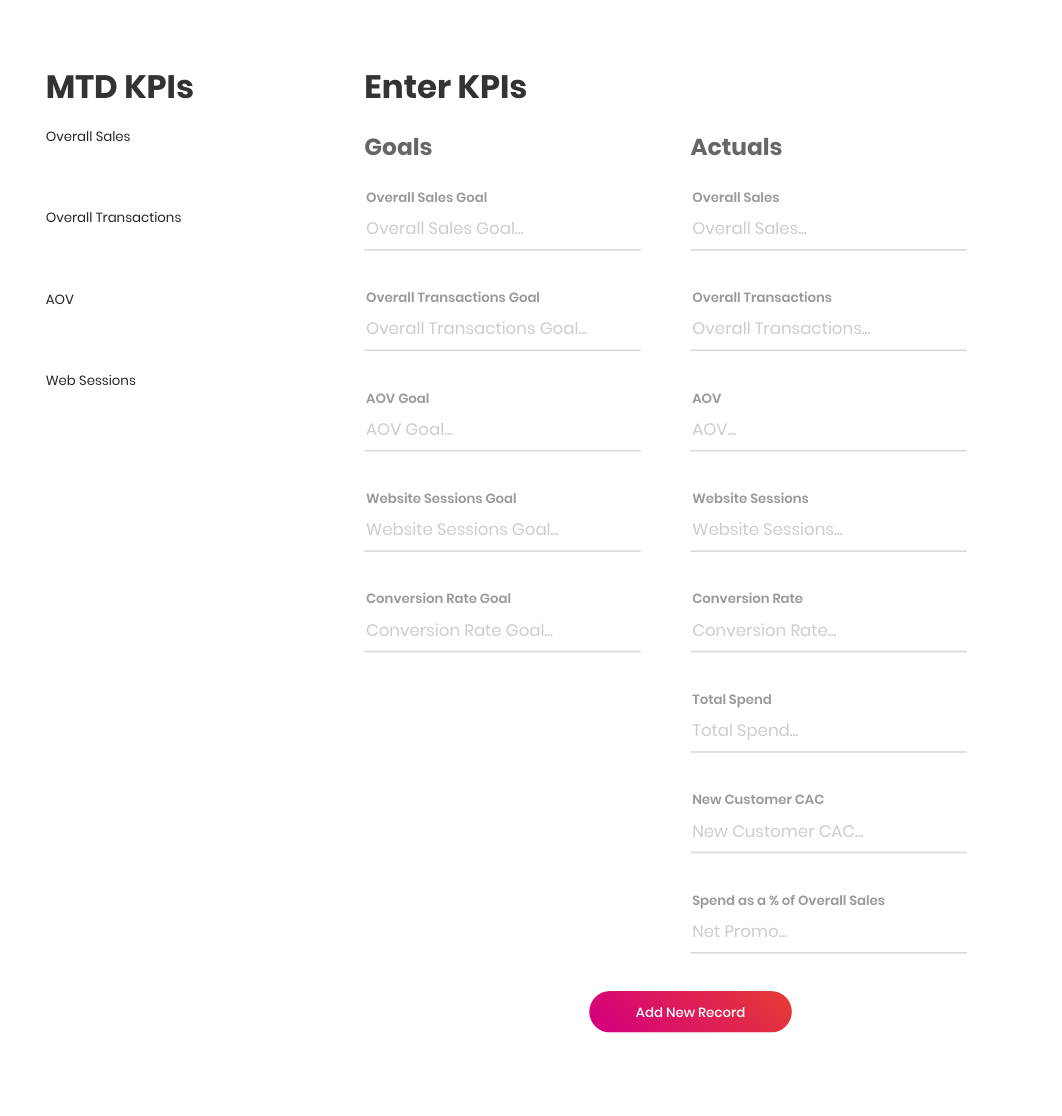
Repository: jameyel/kpi-entry
Page: index.html
These files come from the project's save history. The page is drawn as it stood at one moment and after the next save; the edit follows.
The browser window is 1280 px wide. The pictures show the whole page, at 83% of full size.
The page's requests for data from a server got no answer.

Above is the page before, as saved 2018-12-10 13:56:27.

### index.html
<!DOCTYPE html>
<html lang="en">
  <head>
    <title>EverlyWell KPIs</title>
    <meta charset="UTF-8" />
    <meta name="viewport" content="width=device-width, initial-scale=1" />
    <!--
      ===============================================================================================
    -->
    <link rel="icon" type="image/png" href="images/icons/favicon.ico" />
    <!--
      ===============================================================================================
    -->
    <link
      rel="stylesheet"
      type="text/css"
      href="vendor/bootstrap/css/bootstrap.min.css"
    />
    <!--
      ===============================================================================================
    -->
    <link
      rel="stylesheet"
      type="text/css"
      href="fonts/font-awesome-4.7.0/css/font-awesome.min.css"
    />
    <!--
      ===============================================================================================
    -->
    <link
      rel="stylesheet"
      type="text/css"
      href="fonts/Linearicons-Free-v1.0.0/icon-font.min.css"
    />
    <!--
      ===============================================================================================
    -->
    <link
      rel="stylesheet"
      type="text/css"
      href="fonts/iconic/css/material-design-iconic-font.min.css"
    />
    <!--
      ===============================================================================================
    -->
    <link rel="stylesheet" type="text/css" href="vendor/animate/animate.css" />
    <!--
      ===============================================================================================
    -->
    <link
      rel="stylesheet"
      type="text/css"
      href="vendor/css-hamburgers/hamburgers.min.css"
    />
    <!--
      ===============================================================================================
    -->
    <link
      rel="stylesheet"
      type="text/css"
      href="vendor/animsition/css/animsition.min.css"
    />
    <!--
      ===============================================================================================
    -->
    <link
      rel="stylesheet"
      type="text/css"
      href="vendor/select2/select2.min.css"
    />
    <!--
      ===============================================================================================
    -->
    <link
      rel="stylesheet"
      type="text/css"
      href="vendor/daterangepicker/daterangepicker.css"
    />
    <link rel="stylesheet" type="text/css" href="./css/loading-bar.css" />
    <!--
      ===============================================================================================
    -->
    <link rel="stylesheet" type="text/css" href="css/util.css" />
    <link rel="stylesheet" type="text/css" href="css/main.css" />
    <!--
      ===============================================================================================
    -->
  </head>
  <body>
    <div class="container-kpi100">
      <div class="kpi100-chart">
        <span class="kpi100-form-title"> MTD KPIs </span>
        <div class="kpi-wrapper">
          <span class="bar-label">Overall Sales</span>
          <div
            class="label-center ldbar-overall-sales"
            style="width: 50%; height: 50px;"
          ></div>
        </div>

        <div class="kpi-wrapper">
          <span class="bar-label">Overall Transactions</span>
          <div
            class="label-center ldbar-overall-transactions"
            style="width: 50%; height: 50px;"
          ></div>
        </div>

        <div class="kpi-wrapper">
          <span class="bar-label">AOV</span>
          <div
            class="label-center ldbar-aov"
            style="width: 50%; height: 50px;"
          ></div>
        </div>

        <div class="kpi-wrapper">
          <span class="bar-label">Web Sessions</span>
          <div
            class="label-center ldbar-web-sessions"
            style="width: 50%; height: 50px;"
          ></div>
        </div>
      </div>

      <div class="wrap-kpi100">
        <form
          action="http://localhost:8080/api/v1/kpis"
          method="post"
          class="kpi100-form validate-form"
        >
          <span class="kpi100-form-title"> Enter KPIs </span>

          <div class="kpi100-form-sections">
            <div class="kpi100-form-section">
              <span class="kpi100-form-subtitle"> Goals </span>
              <div
                class="wrap-input100 validate-input"
                data-validate="Overall Sales Goal is required: 123456"
              >
                <span class="label-input100">Overall Sales Goal</span>
                <input
                  class="input100 overall-sales-goal"
                  type="text"
                  name="overall_sales_goal"
                  placeholder="Overall Sales Goal..."
                />
                <span class="focus-input100"></span>
              </div>

              <div
                class="wrap-input100 validate-input"
                data-validate="Overall Transactions Goal is required: 123456"
              >
                <span class="label-input100">Overall Transactions Goal</span>
                <input
                  class="input100"
                  type="text"
                  name="overall_transactions_goal"
                  placeholder="Overall Transactions Goal..."
                />
                <span class="focus-input100"></span>
              </div>

              <div
                class="wrap-input100 validate-input"
                data-validate="AOV Goal is required: 1234.56"
              >
                <span class="label-input100">AOV Goal</span>
                <input
                  class="input100"
                  type="text"
                  name="aov_goal"
                  placeholder="AOV Goal..."
                />
                <span class="focus-input100"></span>
              </div>

              <div
                class="wrap-input100 validate-input"
                data-validate="Website Sessions Goal is required: 123456"
              >
                <span class="label-input100">Website Sessions Goal</span>
                <input
                  class="input100"
                  type="text"
                  name="web_sessions_goal"
                  placeholder="Website Sessions Goal..."
                />
                <span class="focus-input100"></span>
              </div>

              <div
                class="wrap-input100 validate-input"
                data-validate="Conversion Rate Goal is required: 1.23"
              >
                <span class="label-input100">Conversion Rate Goal</span>
                <input
                  class="input100"
                  type="text"
                  name="conv_rate_goal"
                  placeholder="Conversion Rate Goal..."
                />
                <span class="focus-input100"></span>
              </div>
            </div>

            <div class="kpi100-form-section">
              <span class="kpi100-form-subtitle"> Actuals </span>
              <div
                class="wrap-input100 validate-input"
                data-validate="Overall Sales are required: 123456"
              >
                <span class="label-input100">Overall Sales</span>
                <input
                  class="input100 overall-sales"
                  type="text"
                  name="overall_sales"
                  placeholder="Overall Sales..."
                />
                <span class="focus-input100"></span>
              </div>

              <div
                class="wrap-input100 validate-input"
                data-validate="Overall Transactions is required: 123456"
              >
                <span class="label-input100">Overall Transactions</span>
                <input
                  class="input100"
                  type="text"
                  name="overall_transactions"
                  placeholder="Overall Transactions..."
                />
                <span class="focus-input100"></span>
              </div>

              <div
                class="wrap-input100 validate-input"
                data-validate="AOV is required: 1234.56"
              >
                <span class="label-input100">AOV</span>
                <input
                  class="input100"
                  type="text"
                  name="aov"
                  placeholder="AOV..."
                />
                <span class="focus-input100"></span>
              </div>

              <div
                class="wrap-input100 validate-input"
                data-validate="Website Sessions is required: 123456"
              >
                <span class="label-input100">Website Sessions</span>
                <input
                  class="input100"
                  type="text"
                  name="web_sessions"
                  placeholder="Website Sessions..."
                />
                <span class="focus-input100"></span>
              </div>

              <div
                class="wrap-input100 validate-input"
                data-validate="Conversion Rate is required: 1.23"
              >
                <span class="label-input100">Conversion Rate</span>
                <input
                  class="input100"
                  type="text"
                  name="conv_rate"
                  placeholder="Conversion Rate..."
                />
                <span class="focus-input100"></span>
              </div>

              <div
                class="wrap-input100 validate-input"
                data-validate="Total Spend is required: 123456"
              >
                <span class="label-input100">Total Spend</span>
                <input
                  class="input100"
                  type="text"
                  name="total_spend"
                  placeholder="Total Spend..."
                />
                <span class="focus-input100"></span>
              </div>

              <div
                class="wrap-input100 validate-input"
                data-validate="New Customer CAC is required: 12.34"
              >
                <span class="label-input100">New Customer CAC</span>
                <input
                  class="input100"
                  type="text"
                  name="new_cust_cac"
                  placeholder="New Customer CAC..."
                />
                <span class="focus-input100"></span>
              </div>

              <div
                class="wrap-input100 validate-input"
                data-validate="Net promo is required: 12.34"
              >
                <span class="label-input100"
                  >Spend as a % of Overall Sales</span
                >
                <input
                  class="input100"
                  type="text"
                  name="spend_vs_sales"
                  placeholder="Net Promo..."
                />
                <span class="focus-input100"></span>
              </div>
            </div>
          </div>

          <div class="container-kpi100-form-btn">
            <div class="wrap-kpi100-form-btn">
              <div class="kpi100-form-bgbtn"></div>
              <button type="submit" class="kpi100-form-btn">
                Add New Record
              </button>
            </div>
          </div>
        </form>
      </div>
    </div>

    <div id="dropDownSelect1"></div>

    <!--
      ===============================================================================================
    -->
    <script src="vendor/jquery/jquery-3.2.1.min.js"></script>
    <!--
      ===============================================================================================
    -->
    <script src="vendor/animsition/js/animsition.min.js"></script>
    <!--
      ===============================================================================================
    -->
    <script src="vendor/bootstrap/js/popper.js"></script>
    <script src="vendor/bootstrap/js/bootstrap.min.js"></script>
    <!--
      ===============================================================================================
    -->
    <script src="vendor/select2/select2.min.js"></script>
    <!--
      ===============================================================================================
    -->
    <script src="vendor/daterangepicker/moment.min.js"></script>
    <script src="vendor/daterangepicker/daterangepicker.js"></script>
    <!--
      ===============================================================================================
    -->
    <script src="vendor/countdowntime/countdowntime.js"></script>
    <!--
      ===============================================================================================
    -->
    <script src="js/chart-custom.js"></script>
    <!--
      ===============================================================================================
    -->
    <script type="text/javascript" src="./js/loading-bar.js"></script>
    <script src="js/main.js"></script>
  </body>
</html>

### css/loading-bar.css
.ldBar {
  position: relative;
  flex-grow: 1;
}
.ldBar.label-center > .ldBar-label {
  position: absolute;
  top: 50%;
  left: 50%;
  -webkit-transform: translate(-50%, -50%);
  transform: translate(-50%, -50%);
  text-shadow: 0 0 3px #fff;
}
.ldBar-label:after {
  content: '%';
  display: inline;
}
.ldBar.no-percent .ldBar-label:after {
  content: '';
}

### js/chart-custom.js
$(document).ready(() => {
  $.get('http://localhost:8080/api/v1/kpis', (response, status) => {
    if (response.data) {
      response.data.sort((a, b) => {
        return new Date(b.create_date) - new Date(a.create_date);
      });
      createCharts(response.data[0]);
    }
  });
});

function createCharts(data) {
  // Overall Sales
  var osBar = new ldBar('.ldbar-overall-sales', {
    preset: 'energy'
  });
  osBar.set(getPercentage(data.overall_sales_goal, data.overall_sales));

  // Overall Transactions
  var otBar = new ldBar('.ldbar-overall-transactions', {
    preset: 'energy'
  });
  otBar.set(
    getPercentage(data.overall_transactions_goal, data.overall_transactions)
  );

  // AOV
  var aovBar = new ldBar('.ldbar-aov', {
    preset: 'energy'
  });
  aovBar.set(getPercentage(data.aov_goal, data.aov));

  // AOV
  var wsBar = new ldBar('.ldbar-web-sessions', {
    preset: 'energy'
  });
  wsBar.set(getPercentage(data.web_sessions_goal, data.web_sessions));
}

function getPercentage(goal, actual) {
  if (goal && actual) {
    return Math.floor((actual / goal) * 100);
  }
}

Loaded but not shown: vendor/bootstrap/css/bootstrap.min.css (library); fonts/font-awesome-4.7.0/css/font-awesome.min.css (library); fonts/Linearicons-Free-v1.0.0/icon-font.min.css (library); fonts/iconic/css/material-design-iconic-font.min.css (library); vendor/animate/animate.css (library); vendor/css-hamburgers/hamburgers.min.css (library); vendor/animsition/css/animsition.min.css (library); vendor/select2/select2.min.css (library); vendor/daterangepicker/daterangepicker.css (library); vendor/jquery/jquery-3.2.1.min.js (library); vendor/animsition/js/animsition.min.js (library); vendor/bootstrap/js/popper.js (library); vendor/bootstrap/js/bootstrap.min.js (library); vendor/select2/select2.min.js (library); vendor/daterangepicker/moment.min.js (library); vendor/daterangepicker/daterangepicker.js (library); vendor/countdowntime/countdowntime.js (common file); js/loading-bar.js (803 lines, source omitted); js/main.js (94 lines, source omitted); css/util.css (2984 lines, source omitted); css/main.css (571 lines, source omitted)

After the next save:
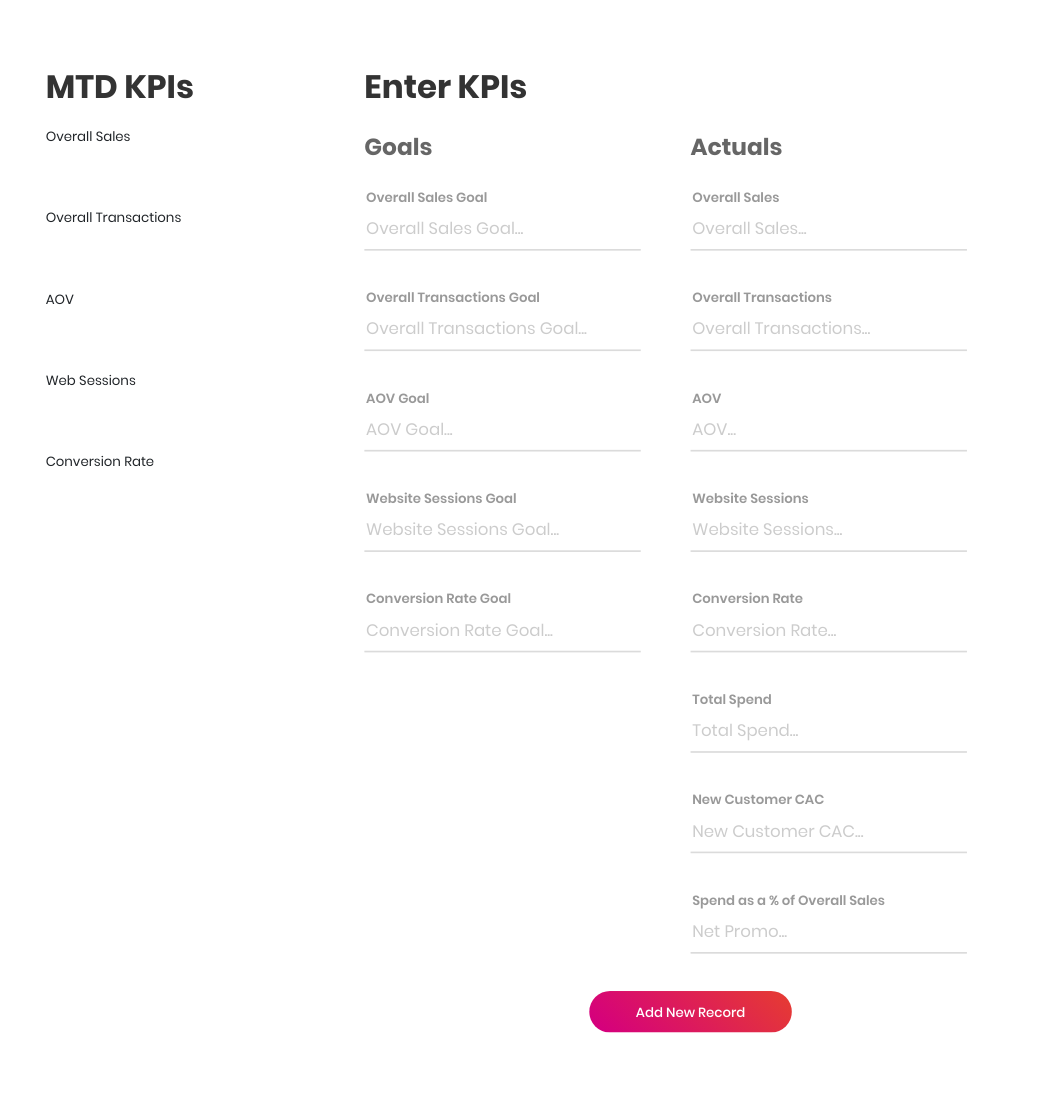
Saved 87 s later.
--- a/index.html
+++ b/index.html
@@ -118,6 +118,14 @@
           <span class="bar-label">Web Sessions</span>
           <div
             class="label-center ldbar-web-sessions"
+            style="width: 50%; height: 50px;"
+          ></div>
+        </div>
+
+        <div class="kpi-wrapper">
+          <span class="bar-label">Conversion Rate</span>
+          <div
+            class="label-center ldbar-conv-rate"
             style="width: 50%; height: 50px;"
           ></div>
         </div>
--- a/js/chart-custom.js
+++ b/js/chart-custom.js
@@ -30,11 +30,17 @@
   });
   aovBar.set(getPercentage(data.aov_goal, data.aov));
 
-  // AOV
+  // Web Sessions
   var wsBar = new ldBar('.ldbar-web-sessions', {
     preset: 'energy'
   });
   wsBar.set(getPercentage(data.web_sessions_goal, data.web_sessions));
+
+  // Conversion Rate
+  var crBar = new ldBar('.ldbar-conv-rate', {
+    preset: 'energy'
+  });
+  crBar.set(getPercentage(data.conv_rate_goal, data.conv_rate));
 }
 
 function getPercentage(goal, actual) {
